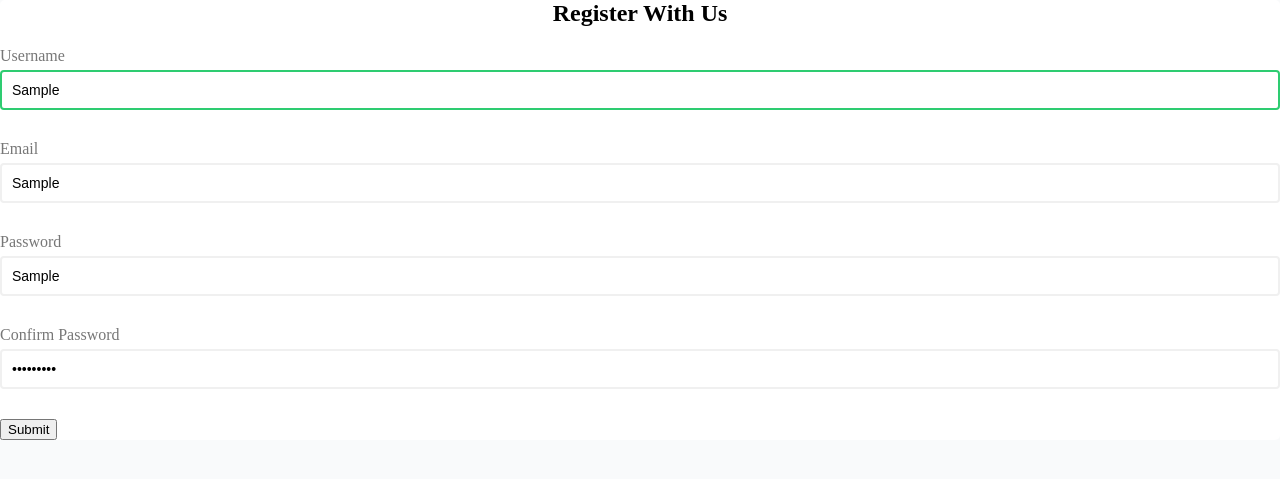
Repository: atko87/Form-Validator-Intro-
Page: index.html
These files come from the project's save history. The page is drawn as it stood at one moment and after the next save; the edit follows.
The browser window is 1280 px wide. The pictures show the whole page.
Empty fields were first filled with sample values (such as "Sample", 5 or name@example.com).
After loading, the first visible `#form` was submitted once.

Above is the page before, as saved 2020-03-07 23:41:06.

After the next save:
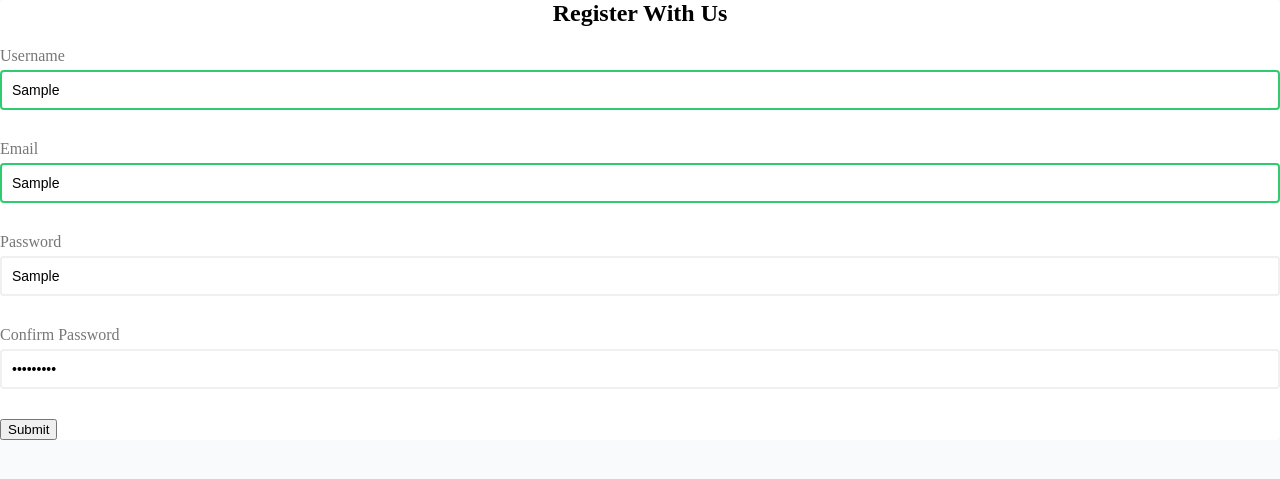
Saved 8 s later.
--- a/script.js
+++ b/script.js
@@ -31,6 +31,6 @@ form.addEventListener("submit", function(e) {
   if (email.value === "") {
     showError(email, "Email is required");
   } else {
-    showSuccess(username);
+    showSuccess(email);
   }
 });
